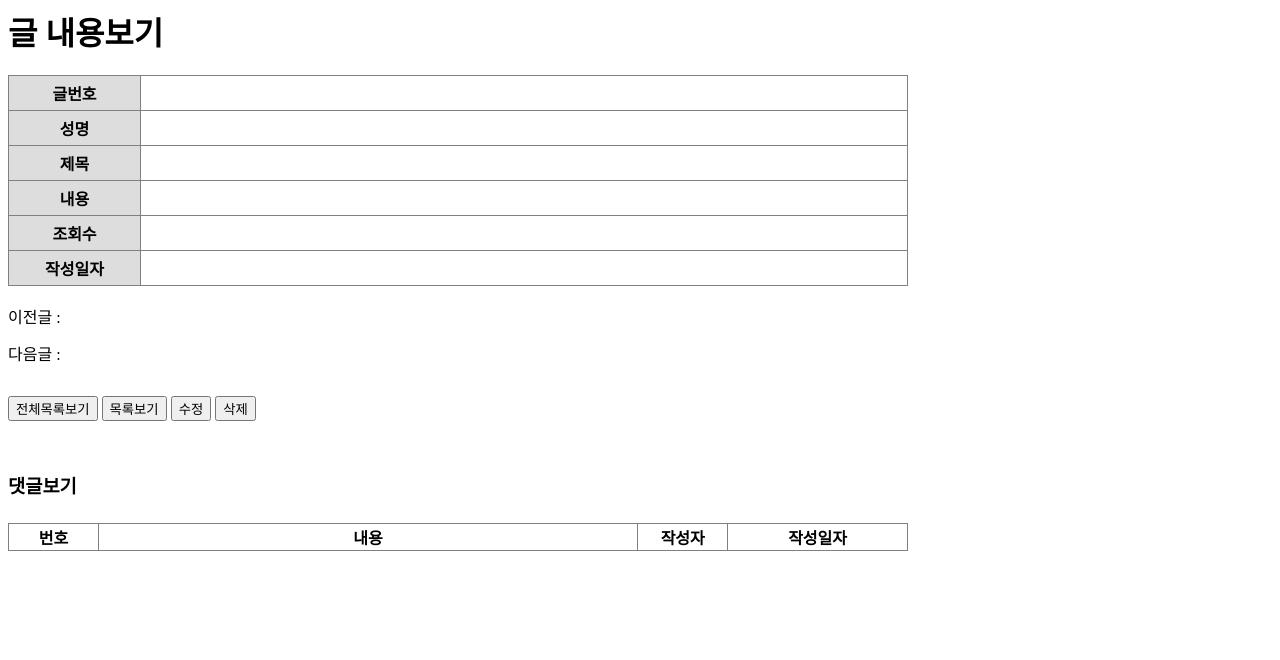
Repository: gold37/Spring
Page: http://localhost/Board/WEB-INF/views/tiles1/board/view.jsp
An editor plug-in stored every save of this project. The page is shown before and after the next save, followed by the edit.
The browser window is 1280 px wide. The pictures show the whole page.
The page is served by Tomcat 9. Nobody is signed in. Other server files are loaded and not shown. The template is opened directly, without the code that normally fills it, so the values that code supplies are empty.

Above is the page before, as saved 2020-07-27 05:38:17.
Console error: ReferenceError: $ is not defined

### springworkspace/Board/src/main/webapp/WEB-INF/views/tiles1/board/view.jsp
<%@ page language="java" contentType="text/html; charset=UTF-8"
    pageEncoding="UTF-8"%>

<%@ taglib prefix="c" uri="http://java.sun.com/jsp/jstl/core" %>

<% String ctxPath = request.getContextPath(); %>

<style>

table, th, td, input, textarea {
	border: solid gray 1px;
}

#table, #table2 {
	border-collapse: collapse;
 	width: 900px;
}

#table th, #table td{padding: 5px;}
#table th{width: 120px; background-color: #DDDDDD;}
#table td{width: 750px;}
.long {width: 470px;}
.short {width: 120px;}

.move {cursor: pointer;}
.moveColor {font-weight: bold;}

a {text-decoration: none !important;}


</style>

<script type="text/javascript">

	$(document).ready(function(){

		$(".move").hover(function(){
						$(this).addClass("moveColor");
					},
					function(){
						$(this).removeClass("moveColor");
					});

		//goReadComment(); // 페이징 처리 안한 댓글 읽어오기
	      goViewComment("1"); //페이징 처리한 댓글 읽어오기

	}); // end of $(document).ready(function(){})----------------



	// === 댓글쓰기 === //
	function goAddWrite() {
		var frm = document.addWriteFrm;
		var contentVal = frm.content.value.trim();
		if(contentVal=="") {
			alert("댓글 내용을 입력하세요!!");
			return;
		}

		var form_data = $("form[name=addWriteFrm]").serialize();

		$.ajax({
			url:"<%= request.getContextPath()%>/addComment.action",
			data:form_data,
			type:"POST",
			dataType:"JSON",
			success:function(json){
				if(json.n == 1) {
				//	goReadComment(); // 페이징 처리 안한 댓글 읽어오기
				}
				else {
					alert("댓글쓰기 실패!!");
				}

				frm.content.value = "";
			},
			error: function(request, status, error){
				alert("code: "+request.status+"\n"+"message: "+request.responseText+"\n"+"error: "+error);
			}
		});

	}// end of function goAddWrite()----------------------


	// === 페이징 처리 안한 댓글 읽어오기  === //
	function goReadComment() {
		$.ajax({
			url:"<%= request.getContextPath()%>/readComment.action",
			data:{"parentSeq":"${boardvo.seq}"},
			dataType:"JSON",
			success:function(json){
				var html = "";
				if(json.length > 0) {
					$.each(json, function(index, item){
						html += "<tr>";
						html += "<td style='text-align: center;'>"+(index+1)+"</td>";
						html += "<td>"+item.content+"</td>";
						html += "<td style='text-align: center;'>"+item.name+"</td>";
						html += "<td style='text-align: center;'>"+item.regDate+"</td>";
						html += "</tr>";
					});
				}
				else {
					html += "<tr>";
					html += "<td colspan='4' style='text-align: center;'>댓글이 없습니다.</td>";
					html += "</tr>";
				}

				$("#commentDisplay").html(html);
			},
			error: function(request, status, error){
				alert("code: "+request.status+"\n"+"message: "+request.responseText+"\n"+"error: "+error);
			}
		});

	}// end of function goReadComment()--------------------



	// === #125. Ajax로 불러온 댓글내용을 페이징 처리하기  === //
	function goViewComment(currentShowPageNo) {
		$.ajax({
			url:"<%= request.getContextPath()%>/commentList.action",
			data:{"parentSeq":"${boardvo.seq}",
				  "currentShowPageNo":currentShowPageNo}, // 몇페이지를 보고싶은지
			dataType:"JSON",
			success:function(json){
				var html = "";
				if(json.length > 0) {
					$.each(json, function(index, item){
						html += "<tr>";
						html += "<td style='text-align: center;'>"+(index+1)+"</td>";
						html += "<td>"+item.content+"</td>";
						html += "<td style='text-align: center;'>"+item.name+"</td>";
						html += "<td style='text-align: center;'>"+item.regDate+"</td>";
						html += "</tr>";
					});
				}
				else {
					html += "<tr>";
					html += "<td colspan='4' style='text-align: center;'>댓글이 없습니다.</td>";
					html += "</tr>";
				}

				$("#commentDisplay").html(html);

				// 페이지바 함수 호출
				makeCommentPageBar(currentShowPageNo);
			},
			error: function(request, status, error){
				alert("code: "+request.status+"\n"+"message: "+request.responseText+"\n"+"error: "+error);
			}
		});

	}// end of function goReadComment()--------------------


	// === 댓글내용 페이지바 Ajax로 만들기 === //
	function makeCommentPageBar(currentShowPageNo) {

		$.ajax({
			url:"<%= request.getContextPath()%>/getCommentTotalPage.action",
			data:{"parentSeq":"${boardvo.seq}",
				  "sizePerPage":"5"},
			type:"GET",
			dataType:"JSON",
			success:function(json) {
			//	console.log("전체 페이지 수 : " + json.totalPage);

				if(json.totalPage > 0) {
					// 댓글이 있는 경우

					var totalPage = json.totalPage;

					var pageBarHTML = "<ul style='list-style: none;'>";

					var blockSize = 10;

					var loop = 1;

					if(typeof currentShowPageNo == "string") {
						// 문자열이라면 뺄셈할 수 없기 때문에 if문으로 string인지 검사
						currentShowPageNo = Number(currentShowPageNo);
					}
					var pageNo = Math.floor( (currentShowPageNo - 1)/blockSize )* blockSize + 1;
							// 			(2-1)10		1/10	==> Math.floor(0.1)	 ==> 0
							//			(11-1)/10	10/10	==> Math.floor(1)	 ==> 1
							//			(12-1)/10	11/10	==> Math.floor(1.1)	 ==> 1


					// === [이전] 만들기 ===
					if(pageNo != 1) {

						pageBarHTML += "<li style='display:inline-block; width:50px; font-size:12pt;'><a href='javascript:goViewComment(\""+(pageNo-1)+"\")'>[이전]</a></li>";
					}

					while (!(loop > blockSize || pageNo > totalPage )) {


						if(pageNo == currentShowPageNo) {
							pageBarHTML += "<li style='display:inline-block; width:30px; font-size: 12pt; border: solid 1px solid; color: red; padding: 2px 4px;'>" + pageNo + "</li>";
						}
						else {
							pageBarHTML += "<li style='display:inline-block; width:30px; font-size:12pt;'><a href='javascript:goViewComment(\""+pageNo+"\")'>"+pageNo+"</a></li>";
						}

						loop ++;
						pageNo ++;

					} // end of while ----------------------------


					// === [다음] 만들기 ===
					if( !(pageNo > totalPage) ) {

						pageBarHTML += "<li style='display:inline-block; width:50px; font-size:12pt;'><a href='javascript:goViewComment(\""+pageNo+"\")'>[다음]</a></li>";

					}

					pageBarHTML += "</ul>";

					$("#pageBar").html(pageBarHTML);
					pageBarHTML = "";

				}
				else {
					// 댓글이 없는 경우
					$("#pageBar").empty();
				}

			},
			error: function(request, status, error){
				alert("code: "+request.status+"\n"+"message: "+request.responseText+"\n"+"error: "+error);
			}

		});

	} // end of function makeCommentPageBar(currentShowPageNo) ---------------


</script>


<div style="">
	<h1>글 내용보기</h1>

	<table id="table" style="word-wrap: break-word; table-layout: fixted;">
		<tr>
			<th>글번호</th>
			<td>${boardvo.seq}</td>
		</tr>
		<tr>
			<th>성명</th>
			<td>${boardvo.name}</td>
		</tr>
		<tr>
			<th>제목</th>
			<td>${boardvo.subject}</td>
		</tr>
		<tr>
			<th>내용</th>
			<td>
				<p style="word-break: break-all;">${boardvo.content}</p>
				<%--
					style="word-break: break-all; 은 공백없는 긴영문일 경우 width 크기를 뚫고 나오는 것을 막는 것임.
					그런데 style="word-break: break-all; 나 style="word-wrap: break-word; 은
			       	테이블태그의 <td>태그에는 안되고 <p> 나 <div> 태그안에서 적용되어지므로 <td>태그에서 적용하려면
			    	<table>태그속에 style="word-wrap: break-word; table-layout: fixed;" 을 주면 된다.
				--%>
			</td>
		</tr>
		<tr>
			<th>조회수</th>
			<td>${boardvo.readCount}</td>
		</tr>
		<tr>
			<th>작성일자</th>
			<td>${boardvo.regDate}</td>
		</tr>
	</table>

	<br/>

	<div style="margin-bottom: 1%;">이전글&nbsp;:&nbsp;<span class="move" onclick="javascript:location.href='view.action?seq=${boardvo.previousseq}'">${boardvo.previoussubject}</span></div>
	<div style="margin-bottom: 1%;">다음글&nbsp;:&nbsp;<span class="move" onclick="javascript:location.href='view.action?seq=${boardvo.nextseq}'">${boardvo.nextsubject}</span></div>

	<br/>

	<button type="button" onclick="javascript:location.href='list.action'" >전체목록보기</button>

	<!-- === #124. === -->
	<button type="button" onclick="javascript:location.href='${gobackURL}'" >목록보기</button>

	<button type="button" onclick="javascript:location.href='edit.action?seq=${boardvo.seq}'" >수정</button>
	<button type="button" onclick="javascript:location.href='delete.action?seq=${boardvo.seq}'" >삭제</button>

	<!-- === #136. 어떤 글에 대한 답변 글쓰기는 로그인 된 회원의 gradelevel 값이 10인 회원만 가능하도록 함  === -->
	<c:if test="${sessionScope.loginuser.gradelevel == 10}">
		<button type="button" onclick="javascript:location.href='<%= ctxPath%>/add.action?fk_seq=${boardvo.seq}&groupno=${boardvo.groupno}&depthno=${boardvo.depthno}'" >답변 글쓰기</button>
	</c:if>


	<!-- === #83. 댓글쓰기 폼 추가 === -->
	<c:if test="${not empty sessionScope.loginuser}">
		<h3 style="margin-top: 50px;">댓글쓰기 및 보기</h3>
		<form name="addWriteFrm" style="margin-top: 20px;">
			      <input type="hidden" name="fk_userid" value="${sessionScope.loginuser.userid}" />
			성명 : <input type="text" name="name" value="${sessionScope.loginuser.name}" class="short" readonly />
			&nbsp;&nbsp;
			댓글내용 : <input id="commentContent" type="text" name="content" class="long" />

			<!-- 댓글에 달리는 원게시물 글번호(즉, 댓글의 부모글 글번호) -->
			<input type="hidden" name="parentSeq" value="${boardvo.seq}" />

			<button id="btnComment" type="button" onclick="goAddWrite()">확인</button>
			<button type="reset">취소</button>
		</form>
	</c:if>
	<c:if test="${empty sessionScope.loginuser}">
		<h3 style="margin-top: 50px;">댓글보기</h3>
	</c:if>

	<!-- ===== #94. 댓글 내용 보여주기 ===== -->
	<table id="table2" style="margin-top: 2%; margin-bottom: 3%;">
		<thead>
		<tr>
		    <th style="width: 10%; text-align: center;">번호</th>
			<th style="width: 60%; text-align: center;">내용</th>
			<th style="width: 10%; text-align: center;">작성자</th>
			<th style="text-align: center;">작성일자</th>
		</tr>
		</thead>
		<tbody id="commentDisplay"></tbody>
	</table>

	<!-- === #134. 댓글 페이지바 === -->
	<div id="pageBar" style="padding-left: 100px; margin: 25px auto; width: 70%;"></div>

</div>

After the next save:
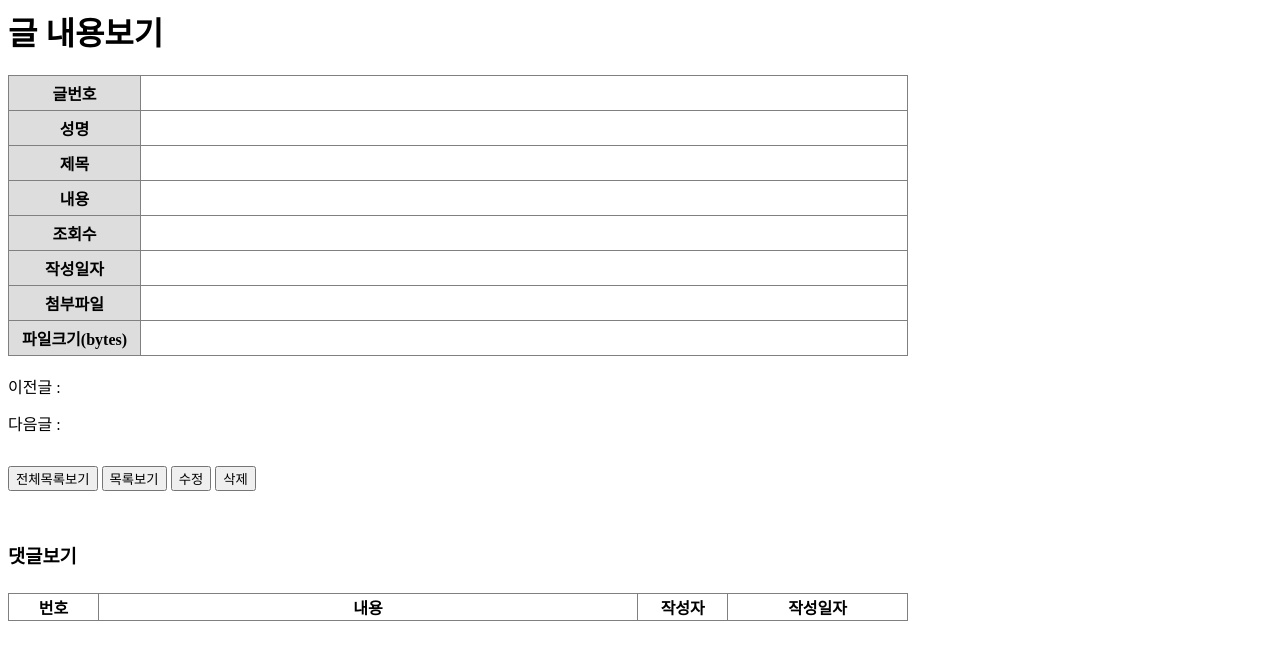
Saved 28 min 23 s later.
--- a/springworkspace/Board/src/main/webapp/WEB-INF/views/tiles1/board/view.jsp
+++ b/springworkspace/Board/src/main/webapp/WEB-INF/views/tiles1/board/view.jsp
@@ -277,6 +277,20 @@ a {text-decoration: none !important;}
 			<th>작성일자</th>
 			<td>${boardvo.regDate}</td>
 		</tr>
+
+		<!-- === #158. 첨부파일 크기 및  -->
+		<tr>
+			<th>첨부파일</th>
+			<td>${boardvo.regDate}</td>
+		</tr>
+
+		<tr>
+			<th>파일크기(bytes)</th>
+			<td>${boardvo.regDate}</td>
+		</tr>
+
+
+
 	</table>
 
 	<br/>
